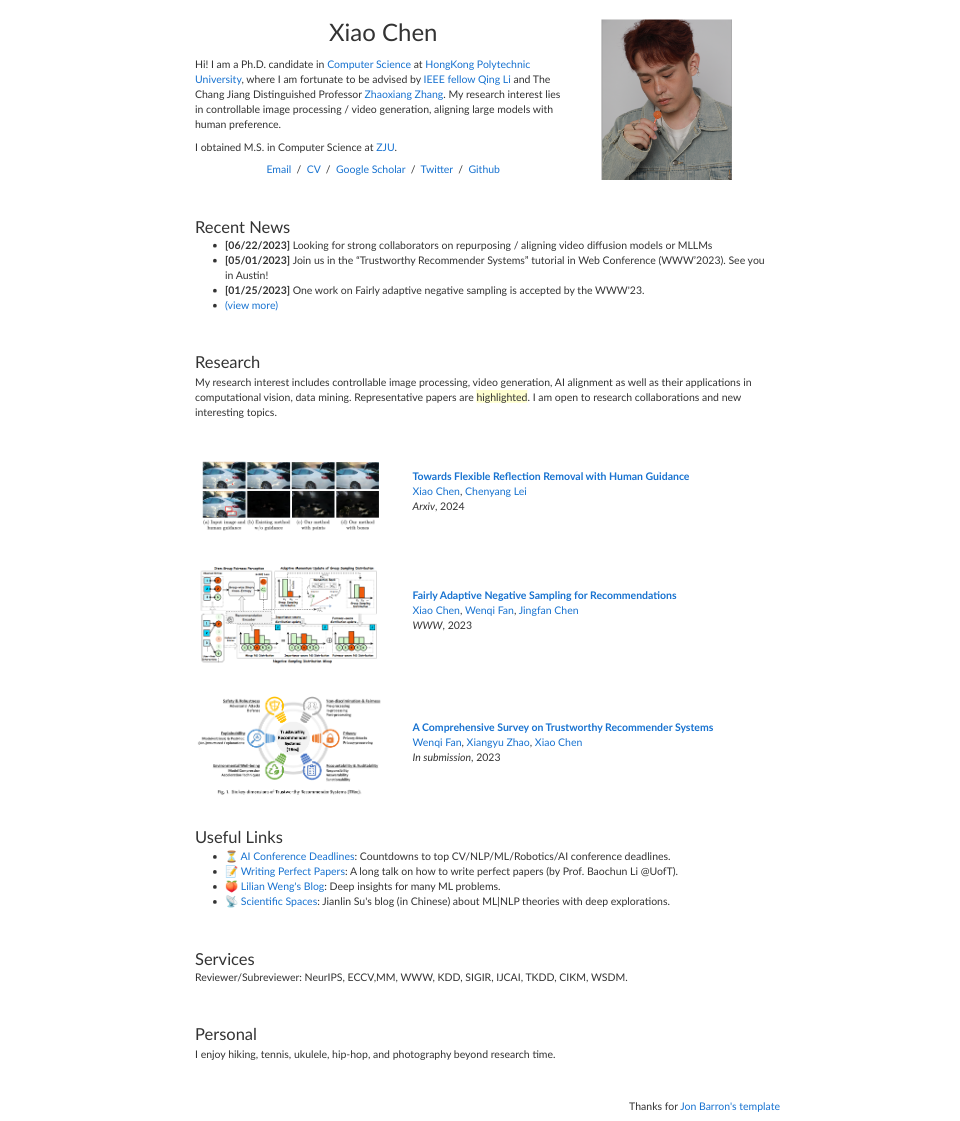
Repository: ShawnChenn/ShawnChenn.github.io
Page: index.html
An editor plug-in stored every save of this project. The page is shown before and after the next save, followed by the edit.
The browser window is 1280 px wide. The pictures show the whole page, at 75% of full size.
Some web libraries are served in a nearby version.

Above is the page before, as saved 2024-06-23 01:26:04.

### index.html
<!DOCTYPE HTML>
<html lang="en"><head><meta http-equiv="Content-Type" content="text/html; charset=UTF-8">
  <script type="text/javascript" src="js/hidebib.js"></script>
  <script type="text/javascript" src="js/shownews.js"></script>

  <title>Xiao Chen</title>
  <link rel="stylesheet" href="https://maxcdn.bootstrapcdn.com/bootstrap/3.2.0/css/bootstrap.min.css">

  <meta name="author" content="Xiao Chen">
  <meta name="viewport" content="width=device-width, initial-scale=1">

  <link rel="stylesheet" type="text/css" href="stylesheet.css">
  <link rel="stylesheet" type="text/css" href="css/style.css">
  <link rel="icon" type="image/jpg" href="images/polyu_icon.jpg">
  <script async defer src="https://buttons.github.io/buttons.js"></script>

</head>

<body>
  <table style="width:100%;max-width:800px;border:0px;border-spacing:0px;border-collapse:separate;margin-right:auto;margin-left:auto;"><tbody>
    <tr style="padding:0px">
      <td style="padding:0px">
        <table style="width:100%;border:0px;border-spacing:0px;border-collapse:separate;margin-right:auto;margin-left:auto;"><tbody>
          <tr style="padding:0px">
            <td style="padding:2.5%;width:63%;vertical-align:middle">
              <p style="text-align:center">
                <name>Xiao Chen</name>
              </p>
              <p>Hi! I am a Ph.D. candidate in <a href="https://www.polyu.edu.hk/comp/">Computer Science</a> at <a href="https://www.polyu.edu.hk/">HongKong Polytechnic University</a>,
                where I am fortunate to be advised by <a href="https://www.ieee.org/membership/fellows/index.html">IEEE fellow</a> <a href="https://www4.comp.polyu.edu.hk/~csqli/">Qing Li</a> and
                The Chang Jiang Distinguished Professor <a href="https://zhaoxiangzhang.net/">Zhaoxiang Zhang</a>. My research interest lies in controllable image processing / video generation, aligning large models with human preference.
              </p>
              <p>
                I obtained M.S. in Computer Science  at  <a href="https://www.zju.edu.cn/english/">ZJU</a>.
              <p style="text-align:center">
                <a href="mailto:shawn.chen@connect.polyu.hk">Email</a> &nbsp/&nbsp
                <a href="data/CV_chenxiao.pdf">CV</a> &nbsp/&nbsp
                <a href="https://scholar.google.com/citations?user=swFOM1wAAAAJ&hl=en">Google Scholar</a> &nbsp/&nbsp
                <a href="https://twitter.com/casabla77266724">Twitter</a> &nbsp/&nbsp
                <a href="https://github.com/ShawnChenn">Github</a>
              </p>
            </td>
            <td style="padding:2.5%;width:30%;max-width:30%">
              <a href="images/shawn.png"><img style="width:80%;max-width:80%" alt="profile photo" src="images/shawn.png" class="hoverZoomLink"></a>
            </td>
          </tr>
        </tbody></table>


        <table style="width:100%;border:0px;border-spacing:0px;border-collapse:separate;margin-right:auto;margin-left:auto;"><tbody>
        <tr>
          <td style="padding:20px;width:100%;vertical-align:middle">
            <heading>Recent News</heading>
            <ul>
              <li><strong>[06/22/2023] </strong> Looking for strong collaborators on repurposing / aligning video diffusion models or MLLMs</li>
              <li><strong>[05/01/2023] </strong> Join us in the “Trustworthy Recommender Systems” tutorial in Web Conference (WWW’2023). See you in Austin!</li>
              <li><strong>[01/25/2023] </strong> One work on Fairly adaptive negative sampling is accepted by the WWW'23.</li>
              <div id="hide_news_botton">
                <li><a onclick="showNews()">(view more)</a> </li>
              </div>
              <div id="hidden_news">
              </div>
            </ul>
          </td>
        </tr>
        </tbody></table>

        <table style="width:100%;border:0px;border-spacing:0px;border-collapse:separate;margin-right:auto;margin-left:auto;"><tbody>
            <tr>
            <td style="padding:20px;width:100%;vertical-align:middle">
              <heading>Research</heading>
              <p>My research interest includes controllable image processing, video generation, AI alignment as well as their applications in computational vision, data mining. Representative papers are <span class="highlight">highlighted</span>. I am open to research collaborations and new interesting topics.</p>
            </td>
          </tr>
        </tbody></table>
        <table style="width:100%;border:0px;border-spacing:0px;border-collapse:separate;margin-right:auto;margin-left:auto;"><tbody>

        <tr>
            <td class="tdimg" style="padding:20px;width:35%;vertical-align:center">
            <img src='images/24-arxiv1.png'></div>
            </td>
            <td class="tdcontent" style="padding:20px;width:65%;vertical-align:center">
            <p>
              <a href="https://arxiv.org/abs/2406.01555">
              <papertitle>Towards Flexible Reflection Removal with Human Guidance</papertitle>
              </a>
              <br>
              <a href="https://shawnchenn.github.io/">Xiao Chen</a>,
              <a href="https://chenyanglei.github.io/">Chenyang Lei</a>
              <br>
              <em>Arxiv</em>, 2024
              <br>
            </p>
            </td>
        </tr>

        <tr>
          <td class="tdimg" style="padding:20px;width:35%;vertical-align:center">
          <img src='images/www23_chen.png'></div>
          </td>
          <td class="tdcontent" style="padding:20px;width:65%;vertical-align:center">
          <p>
            <a href="https://arxiv.org/abs/2302.08266/">
            <papertitle>Fairly Adaptive Negative Sampling for Recommendations</papertitle>
            </a>
            <br>
            <a href="https://shawn_chen.github.io//">Xiao Chen</a>,
            <a href="https://wenqifan03.github.io/">Wenqi Fan</a>,
            <a href="https://cjfcsjt.github.io/">Jingfan Chen</a>
            <br>
            <em>WWW</em>, 2023
            <br>
          </p>
          </td>
        </tr>

         <tr>
          <td class="tdimg" style="padding:20px;width:35%;vertical-align:center">
          <img src='images/TOIS23_chen.png'></div>
          </td>
          <td class="tdcontent" style="padding:20px;width:65%;vertical-align:center">
          <p>
            <a href="https://arxiv.org/pdf/2209.10117.pdf">
            <papertitle>A Comprehensive Survey on Trustworthy Recommender Systems</papertitle>
            </a>
            <br>
            <a href="https://wenqifan03.github.io/">Wenqi Fan</a>,
            <a href="https://zhaoxyai.github.io/">Xiangyu Zhao</a>,
            <a href="https://shawn_chen.github.io/">Xiao Chen</a>
            <br>
            <em>In submission</em>, 2023
            <br>
          </p>
          </td>
        </tr>
<!--
        <tr>
          <td class="tdimg" style="padding:20px;width:35%;vertical-align:center">
          <img src='images/icip2019_chen.png'></div>
          </td>
          <td class="tdcontent" style="padding:20px;width:65%;vertical-align:center">
          <p>
            <a href="https://ieeexplore.ieee.org/abstract/document/8803009/">
            <papertitle>A dual-attention dilated residual network for liver lesion classification and localization on CT images</papertitle>
            </a>
            <br>
            <a href="https://shawn_chen.github.io//">Xiao Chen</a>,
            <a href="http://en.ritsumei.ac.jp/ise/teacher/detail/?id=39">Yen-wei Chen</a>
            <br>
            <em>ICIP</em>, 2019
            <br>
          </p>
          </td>
        </tr>  -->
        </tbody></table>


        <table style="width:100%;border:0px;border-spacing:0px;border-collapse:separate;margin-right:auto;margin-left:auto;"><tbody>
        <tr>
          <td style="padding:20px;width:100%;vertical-align:middle">
            <heading>Useful Links</heading>
           <ul>
               <li> <a href="https://aideadlin.es/?sub=ML,NLP,DM">⏳ AI Conference Deadlines</a>: Countdowns to top CV/NLP/ML/Robotics/AI conference deadlines. </li>
               <li> <a href="https://www.bilibili.com/video/BV18v411n7mr">📝 Writing Perfect Papers</a>: A long talk on how to write perfect papers (by Prof. Baochun Li @UofT). </li>
               <li> <a href="https://lilianweng.github.io/lil-log/">🍑 Lilian Weng's Blog</a>: Deep insights for many ML problems.</li>
               <li> <a href="https://kexue.fm/">📡 Scientific Spaces</a>: Jianlin Su's blog (in Chinese) about ML|NLP theories with deep explorations.</li>
          </ul>
          </td>
        </tr>
        </tbody></table>

        <table style="width:100%;border:0px;border-spacing:0px;border-collapse:separate;margin-right:auto;margin-left:auto;"><tbody>
            <tr>
            <td style="padding:20px;width:100%;vertical-align:middle">
              <heading>Services</heading>
              <p> Reviewer/Subreviewer: NeurIPS, ECCV,MM, WWW, KDD, SIGIR, IJCAI, TKDD, CIKM, WSDM. </p>
            </td>
          </tr>
        </tbody></table>
        <table style="width:100%;border:0px;border-spacing:0px;border-collapse:separate;margin-right:auto;margin-left:auto;"><tbody>

      <table style="width:100%;border:0px;border-spacing:0px;border-collapse:separate;margin-right:auto;margin-left:auto;"><tbody>
            <tr>
            <td style="padding:20px;width:100%;vertical-align:middle">
              <heading>Personal</heading>
              <p> I enjoy hiking, tennis, ukulele, hip-hop, and photography beyond research time. </p>
            </td>
          </tr>
        </tbody></table>
        <table style="width:100%;border:0px;border-spacing:0px;border-collapse:separate;margin-right:auto;margin-left:auto;"><tbody>

<table style="width:100%;border:0px;border-spacing:0px;border-collapse:separate;margin-right:auto;margin-left:auto;"><tbody>
<tr>
  <td style="padding:0px">
  <br>
  <p style="text-align:right;">Thanks for <a href="https://jonbarron.info/">Jon Barron's template</a></p>
  </td>
</tr>
</tbody></table>


<script xml:space="preserve" language="JavaScript">
hideallbibs();
</script>

<!-- Google Analytics -->
<script>
  (function(i,s,o,g,r,a,m){i['GoogleAnalyticsObject']=r;i[r]=i[r]||function(){
    (i[r].q=i[r].q||[]).push(arguments)},i[r].l=1*new Date();a=s.createElement(o),
          m=s.getElementsByTagName(o)[0];a.async=1;a.src=g;m.parentNode.insertBefore(a,m)
  })(window,document,'script','//www.google-analytics.com/analytics.js','ga');
  ga('create', 'UA-131560165-1', 'auto');
  ga('send', 'pageview');
</script>
<!-- End Google Analytics -->


</body>

</html>

### js/hidebib.js
// from http://www.robots.ox.ac.uk/~vedaldi/javascripts/hidebib.js
function hideallbibs()
{
    var el = document.getElementsByTagName("div") ;
    for (var i = 0 ; i < el.length ; ++i) {
        if (el[i].className == "paper") {
            var bib = el[i].getElementsByTagName("pre") ;
            if (bib.length > 0) {
                bib [0] .style.display = 'none' ;
            }
        }
    }
}

function togglebib(paperid)
{
    var paper = document.getElementById(paperid) ;
    var bib = paper.getElementsByTagName('pre') ;
    if (bib.length > 0) {
        if (bib [0] .style.display == 'none') {
            bib [0] .style.display = 'block' ;
        } else {
            bib [0] .style.display = 'none' ;
        }
    }
}

### js/shownews.js
function showNews() {
    var x = document.getElementById("hidden_news");
    x.style.display = "block";
    var x = document.getElementById("hide_news_botton");
    x.style.display = "none";
}

### stylesheet.css
/* latin-ext */
@font-face {
  font-family: 'Lato';
  font-style: italic;
  font-weight: 400;
  src: local('Lato Italic'), local('Lato-Italic'), url(https://fonts.gstatic.com/s/lato/v15/S6u8w4BMUTPHjxsAUi-qNiXg7eU0.woff2) format('woff2');
  unicode-range: U+0100-024F, U+0259, U+1E00-1EFF, U+2020, U+20A0-20AB, U+20AD-20CF, U+2113, U+2C60-2C7F, U+A720-A7FF;
}
/* latin */
@font-face {
  font-family: 'Lato';
  font-style: italic;
  font-weight: 400;
  src: local('Lato Italic'), local('Lato-Italic'), url(https://fonts.gstatic.com/s/lato/v15/S6u8w4BMUTPHjxsAXC-qNiXg7Q.woff2) format('woff2');
  unicode-range: U+0000-00FF, U+0131, U+0152-0153, U+02BB-02BC, U+02C6, U+02DA, U+02DC, U+2000-206F, U+2074, U+20AC, U+2122, U+2191, U+2193, U+2212, U+2215, U+FEFF, U+FFFD;
}
/* latin-ext */
@font-face {
  font-family: 'Lato';
  font-style: italic;
  font-weight: 700;
  src: local('Lato Bold Italic'), local('Lato-BoldItalic'), url(https://fonts.gstatic.com/s/lato/v15/S6u_w4BMUTPHjxsI5wq_FQftx9897sxZ.woff2) format('woff2');
  unicode-range: U+0100-024F, U+0259, U+1E00-1EFF, U+2020, U+20A0-20AB, U+20AD-20CF, U+2113, U+2C60-2C7F, U+A720-A7FF;
}
/* latin */
@font-face {
  font-family: 'Lato';
  font-style: italic;
  font-weight: 700;
  src: local('Lato Bold Italic'), local('Lato-BoldItalic'), url(https://fonts.gstatic.com/s/lato/v15/S6u_w4BMUTPHjxsI5wq_Gwftx9897g.woff2) format('woff2');
  unicode-range: U+0000-00FF, U+0131, U+0152-0153, U+02BB-02BC, U+02C6, U+02DA, U+02DC, U+2000-206F, U+2074, U+20AC, U+2122, U+2191, U+2193, U+2212, U+2215, U+FEFF, U+FFFD;
}
/* latin-ext */
@font-face {
  font-family: 'Lato';
  font-style: normal;
  font-weight: 400;
  src: local('Lato Regular'), local('Lato-Regular'), url(https://fonts.gstatic.com/s/lato/v15/S6uyw4BMUTPHjxAwXiWtFCfQ7A.woff2) format('woff2');
  unicode-range: U+0100-024F, U+0259, U+1E00-1EFF, U+2020, U+20A0-20AB, U+20AD-20CF, U+2113, U+2C60-2C7F, U+A720-A7FF;
}
/* latin */
@font-face {
  font-family: 'Lato';
  font-style: normal;
  font-weight: 400;
  src: local('Lato Regular'), local('Lato-Regular'), url(https://fonts.gstatic.com/s/lato/v15/S6uyw4BMUTPHjx4wXiWtFCc.woff2) format('woff2');
  unicode-range: U+0000-00FF, U+0131, U+0152-0153, U+02BB-02BC, U+02C6, U+02DA, U+02DC, U+2000-206F, U+2074, U+20AC, U+2122, U+2191, U+2193, U+2212, U+2215, U+FEFF, U+FFFD;
}
/* latin-ext */
@font-face {
  font-family: 'Lato';
  font-style: normal;
  font-weight: 700;
  src: local('Lato Bold'), local('Lato-Bold'), url(https://fonts.gstatic.com/s/lato/v15/S6u9w4BMUTPHh6UVSwaPGQ3q5d0N7w.woff2) format('woff2');
  unicode-range: U+0100-024F, U+0259, U+1E00-1EFF, U+2020, U+20A0-20AB, U+20AD-20CF, U+2113, U+2C60-2C7F, U+A720-A7FF;
}
/* latin */
@font-face {
  font-family: 'Lato';
  font-style: normal;
  font-weight: 700;
  src: local('Lato Bold'), local('Lato-Bold'), url(https://fonts.gstatic.com/s/lato/v15/S6u9w4BMUTPHh6UVSwiPGQ3q5d0.woff2) format('woff2');
  unicode-range: U+0000-00FF, U+0131, U+0152-0153, U+02BB-02BC, U+02C6, U+02DA, U+02DC, U+2000-206F, U+2074, U+20AC, U+2122, U+2191, U+2193, U+2212, U+2215, U+FEFF, U+FFFD;
}

a {
  color: #1772d0;
  text-decoration: none;
}

a:focus,
a:hover {
  color: #f09228;
  text-decoration: none;
}

body,
td,
th,
tr,
p,
a {
  font-family: 'Lato', Verdana, Helvetica, sans-serif;
  font-size: 14px
}

strong {
  font-family: 'Lato', Verdana, Helvetica, sans-serif;
  font-size: 14px;
}

heading {
  font-family: 'Lato', Verdana, Helvetica, sans-serif;
  font-size: 22px;
}

papertitle {
  font-family: 'Lato', Verdana, Helvetica, sans-serif;
  font-size: 14px;
  font-weight: 700
}

name {
  font-family: 'Lato', Verdana, Helvetica, sans-serif;
  font-size: 32px;
}

.one {
  width: 160px;
  height: 160px;
  position: relative;
}

.two {
  width: 160px;
  height: 160px;
  position: absolute;
  transition: opacity .2s ease-in-out;
  -moz-transition: opacity .2s ease-in-out;
  -webkit-transition: opacity .2s ease-in-out;
}

.fade {
  transition: opacity .2s ease-in-out;
  -moz-transition: opacity .2s ease-in-out;
  -webkit-transition: opacity .2s ease-in-out;
}

span.highlight {
  background-color: #ffffd0;
}

### css/style.css
.paper > pre {
    width: 450px;
    overflow: auto;
}

.two > img {
    width: 250px;
}

td > img {
    width: 250px;
}

.affiliationssmall {
    display: none;
}

@media (max-width:760px) {
    td > img {
        display: none;
    }
    .tdimg {
        display: none;
        width: 0%;
        padding: 0;
    }
    .tdcontent {
        width: 100%;
    }
    .affiliations {
        display: none;
    }
    .affiliationssmall {
        display: block;
    }
}

#hidden_news {
    display: none;
}

#hide_news_botton {
    cursor: pointer;
}

After the next save:
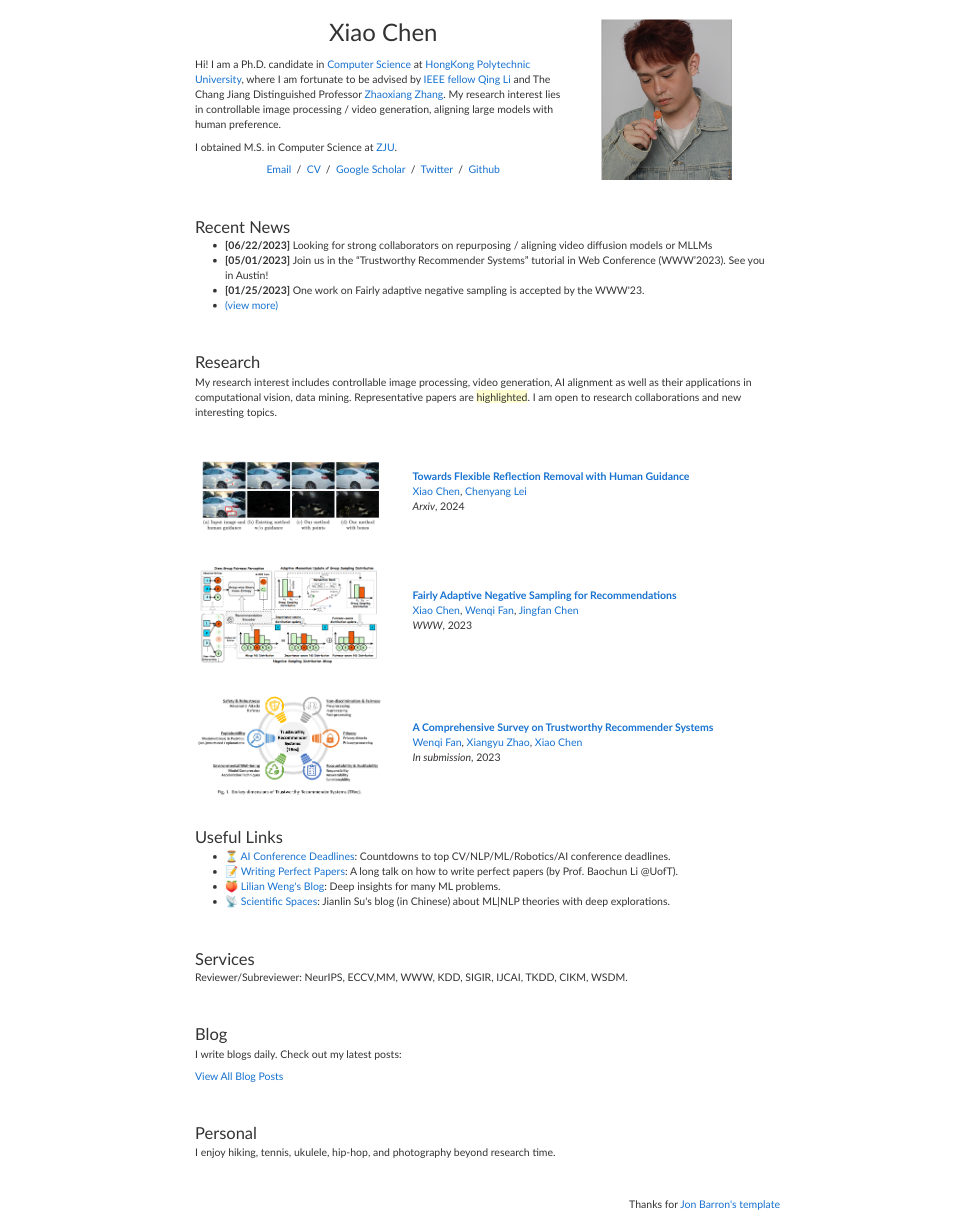
Saved 9 min 12 s later.
--- a/index.html
+++ b/index.html
@@ -133,25 +133,6 @@
           </p>
           </td>
         </tr>
-<!--
-        <tr>
-          <td class="tdimg" style="padding:20px;width:35%;vertical-align:center">
-          <img src='images/icip2019_chen.png'></div>
-          </td>
-          <td class="tdcontent" style="padding:20px;width:65%;vertical-align:center">
-          <p>
-            <a href="https://ieeexplore.ieee.org/abstract/document/8803009/">
-            <papertitle>A dual-attention dilated residual network for liver lesion classification and localization on CT images</papertitle>
-            </a>
-            <br>
-            <a href="https://shawn_chen.github.io//">Xiao Chen</a>,
-            <a href="http://en.ritsumei.ac.jp/ise/teacher/detail/?id=39">Yen-wei Chen</a>
-            <br>
-            <em>ICIP</em>, 2019
-            <br>
-          </p>
-          </td>
-        </tr>  -->
         </tbody></table>
 
 
@@ -178,6 +159,18 @@
           </tr>
         </tbody></table>
         <table style="width:100%;border:0px;border-spacing:0px;border-collapse:separate;margin-right:auto;margin-left:auto;"><tbody>
+
+        <table style="width:100%;border:0px;border-spacing:0px;border-collapse:separate;margin-right:auto;margin-left:auto;">
+            <tbody>
+              <tr>
+                <td style="padding:20px;width:100%;vertical-align:middle">
+                  <heading>Blog</heading>
+                  <p>I write blogs daily. Check out my latest posts:</p>
+                  <p><a href="blogs/overall.md">View All Blog Posts</a></p>
+                </td>
+              </tr>
+            </tbody>
+        </table>
 
       <table style="width:100%;border:0px;border-spacing:0px;border-collapse:separate;margin-right:auto;margin-left:auto;"><tbody>
             <tr>
